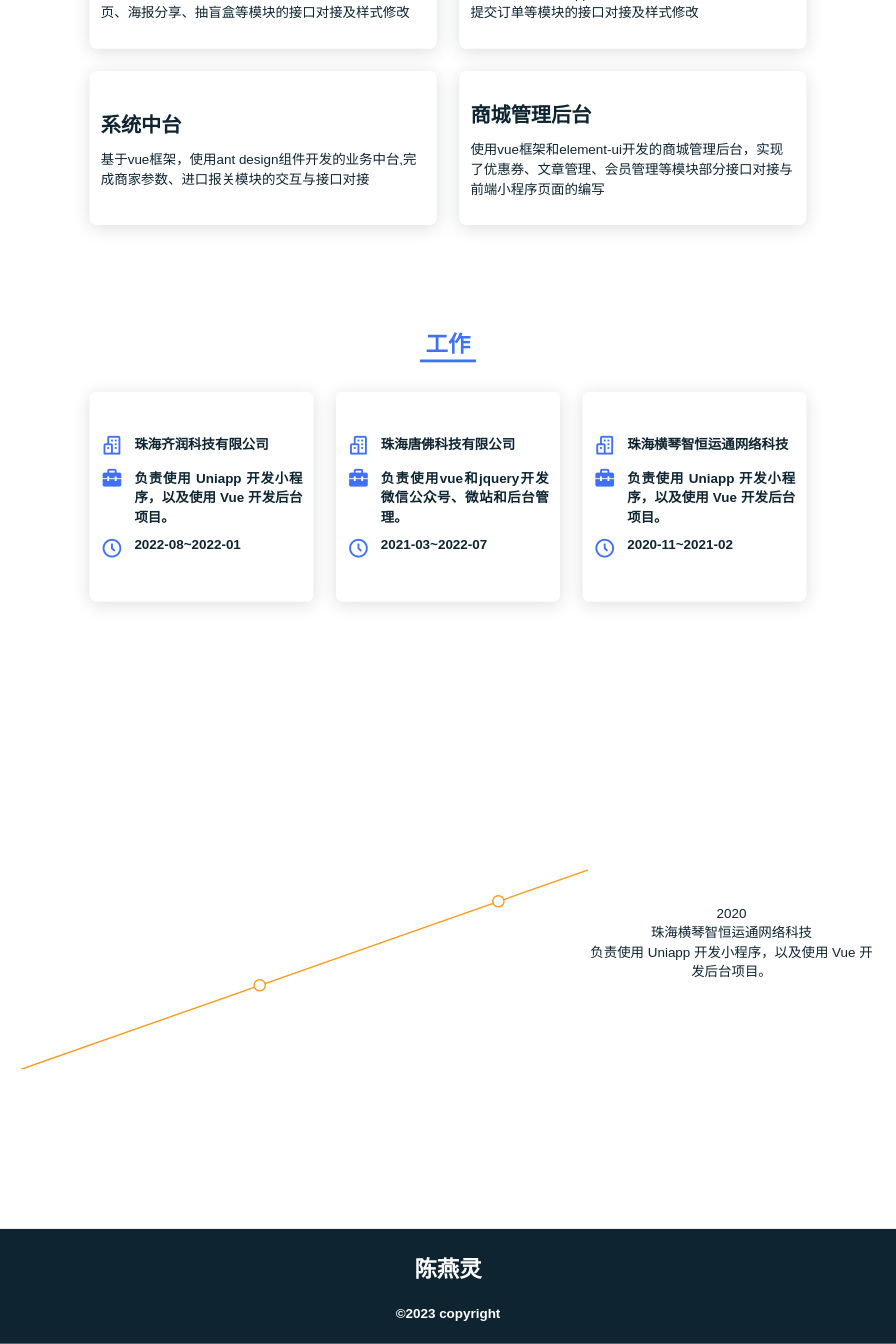
Repository: alinlinbo/yanling-resume-site
Page: index.html
The author's editor kept a copy of each file at every save. The page is drawn from the files as they stood at one save, then again after the next save.
The browser window is 1280 px wide. The pictures show the part of the page from y = 2671 to 4591 px (the page is 4591 px tall), at 70% of full size.

Above is the page before, as saved 2023-09-22 19:01:10.

### index.html
<!DOCTYPE html>
<html lang="en">

<head>
    <meta charset="UTF-8">
    <meta name="viewport" content="width=device-width, initial-scale=1.0">

    <link rel="stylesheet" href="assets/css/style.css">
    <link href='https://unpkg.com/boxicons@2.1.4/css/boxicons.min.css' rel='stylesheet'>
    <link rel="stylesheet" href="https://cdnjs.cloudflare.com/ajax/libs/font-awesome/5.15.4/css/all.min.css" />
    <title>陈燕灵简历</title>

</head>

<body>
    <!-- header -->

    <header class="l-header">
        <nav class="nav bd-grid">
            <div>
                <a href="#" class="nav__logo">陈燕灵</a>
            </div>

            <div class="nav__menu" id="nav-menu">
                <ul class="nav__list">
                    <li class="nav__item">
                        <a href="#home" class="nav__link active">介绍</a>
                    </li>
                    <li class="nav__item">
                        <a href="#skills" class="nav__link">技术</a>
                    </li>
                    <li class="nav__item">
                        <a href="#about" class="nav__link">关于</a>
                    </li>
                    <li class="nav__item">
                        <a href="#project" class="nav__link">项目</a>
                    </li>
                    <li class="nav__item">
                        <a href="#work" class="nav__link">工作</a>
                    </li>

                    <!-- <li class="nav__item">
                        <a href="#contact" class="nav__link">Contact</a>
                    </li> -->
                </ul>
            </div>
            <div class="nav__toggle" id="nav-toggle">
                <svg class="icon svg-icon" aria-hidden="true">
                    <use xlink:href="#icon-list"></use>
                </svg>
            </div>
        </nav>
    </header>

    <main class="l-main">
        <!-- hrme -->
        <section class="home section bd-grid" id="home">
            <div class="home__data">
                <h1 class="home__title">
                    Hi,<br>我是<span class="home__title-color">陈燕灵</span><br> 前端开发
                </h1>
                <h1 class="phone">电话：15919213326</h1>
                <a href="#" style="position: relative; z-index: 10;" class="button" id="contact">联系我</a>
            </div>
            <div class="home__social">
                <a href="#" class="home__social-icon" id="wechat">
                    <svg class="svg-icon-home icon" aria-hidden="true">
                        <use xlink:href="#icon-weixin"></use>
                    </svg>
                </a>
                <div class="home__social-icon">
                    <a href="#" onclick="openNewWindow('https://github.com/alinlinbo')" id="myGit">
                        <svg class="svg-icon-home icon" aria-hidden="true">
                            <use xlink:href="#icon-github-fill"></use>
                        </svg>

                    </a>
                    <div class=" home__git">
                        <a href="#" onclick="openNewWindow('https://github.com/alinlinbo')">https://github.com/alinlinbo</a>
                    </div>
                </div>
                <div class="home__social-icon">
                    <a href="#" id="myPhone">
                        <svg class="svg-icon-home svg-icon icon" aria-hidden="true">
                            <use xlink:href="#icon-phone"></use>
                        </svg>
                    </a>
                    <div class=" home__phone">
                        <div>15919213326</div>
                    </div>
                </div>



                <div class=" home__code">
                    <img src="assets/img/wechat_code.png" alt="">
                </div>


            </div>

            <div class="home__img">
                <img class="home__img" src="assets/img/head1.jpg" alt="">
            </div>
        </section>

        <section class="skills section" id="skills">
            <h2 class="section-title">技术</h2>

            <div class="project__container bd-grid">
                <div class="skills__data">
                    <div class="skills__item">
                        <div class="skill__introduce">
                            <div class="skills__intr__r">
                                <i class='bx bxl-html5 skills__icon'></i><span>HTML5</span>
                            </div>

                            <div class="skills__bar">90%</div>
                        </div>

                        <div class="skills__line skills__line90"></div>
                    </div>
                </div>
                <div class="skills__data">
                    <div class="skills__item">
                        <div class="skill__introduce">
                            <div class="skills__intr__r">
                                <i class='bx bxl-css3 skills__icon'></i><span>CSS3</span>
                            </div>

                            <div class="skills__bar">80%</div>
                        </div>

                        <div class="skills__line80 skills__line"></div>
                    </div>
                </div>
                <div class="skills__data">
                    <div class="skills__item">
                        <div class="skill__introduce">
                            <div class="skills__intr__r">
                                <i class='bx bxl-javascript skills__icon'></i><span>JavaScript</span>
                            </div>

                            <div class="skills__bar">85%</div>
                        </div>

                        <div class="skills__line85 skills__line"></div>
                    </div>
                </div>
                <div class="skills__data">
                    <div class="skills__item">
                        <div class="skill__introduce">
                            <div class="skills__intr__r">
                                <i class='bx bxl-vuejs skills__icon color-vue'></i><span>Vue</span>
                            </div>

                            <div class="skills__bar">70%</div>
                        </div>

                        <div class="skills__line70 skills__line"></div>
                    </div>
                </div>
                <div class="skills__data">
                    <div class="skills__item">
                        <div class="skill__introduce">
                            <div class="skills__intr__r">
                                <i class='bx bx-link skills__icon color-vue'></i><span>小程序、Uniapp</span>
                            </div>

                            <div class="skills__bar">75%</div>
                        </div>

                        <div class=" skills__line skills__line75"></div>
                    </div>
                </div>
                <div class="skills__data">
                    <div class="skills__item">
                        <div class="skill__introduce">
                            <div class="skills__intr__r">
                                <i class='bx bx-landscape skills__icon color-vue'></i><span>Nuxt.js</span>
                            </div>

                            <div class="skills__bar">65%</div>
                        </div>

                        <div class=" skills__line skills__line65"></div>
                    </div>
                </div>
            </div>
        </section>
        <section class="about section" id="about">
            <h2 class="section-title">关于</h2>
            <div class="about__container bd-grid">
                <div class="about__img">
                    <img src="assets/img/about.jpg" alt="">
                </div>
                <div class="about__sub">
                    <h2 class="about__subtitle">I'am 陈燕灵</h2>
                    <p class="about__text">
                        多年 <span>JavaScript(TypeScript )</span>开发经验，熟练掌握<span> ES6+/CSS 3</span>新特性，熟练使用 Vue 、小程序、UniApp 等前端开发框架
                        具有一定的后端开发(<span>Node.js</span>)经验，掌握 <span>MySql</span> 等数据库查询
                        熟悉 <span>Nuxt.js</span>等 meta framework 的使用，能独立搭建<span>全栈 web</span> 应用</p>
                </div>
        </section>

        <section class="project section" id="project">
            <h2 class="section-title">项目</h2>
            <div class="project__container bd-grid">
                <div class="project__data">
                    <div class="project__item">
                        <h2 class="project__subtitle">个人线上简历</h2>
                        <span class="project__text">使用CSS和JavaScript开发的个人线上简历，利用媒体查询和Rem特性同时适配了PC端和移动端，且实现了一些动画</span>
                    </div>
                </div>
                <div class="project__data">
                    <div class="project__item">
                        <h2 class="project__subtitle">润通联合云管家</h2>
                        <span
                            class="project__text">基于uniapp框架开发的微信小程序的缴费小程序。实现了缴费、房屋管理、报修管理等模块的页面、接口对接以及交互。以及axios封装和导航栏等公用组件的封装。</span>
                    </div>
                </div>
                <div class="project__data">
                    <div class="project__item">
                        <h2 class="project__subtitle">寺院后台管理系统</h2>
                        <span
                            class="project__text">使用jq，bootstrap和vue开发的寺院后台管理系统，实现了文章管理，用户管理,项目管理等模块前端页面的编写与接口的对接，在项目中对ajax请求进行封装，为接口调用添加了拦截器和loading动画，有效减少代码量并提高开发效率</span>
                    </div>
                </div>
                <div class="project__data">
                    <div class="project__item">
                        <h2 class="project__subtitle">寺院公众号项目</h2>
                        <span
                            class="project__text">使用jq开发的微信公众号微站，实现了首页，详情页，我的页面等的接口对接及样式修改，针对业务场景封装底部及顶部导航栏、头部返回等公用组件，提高代码复用</span>
                    </div>
                </div>
                <div class="project__data">
                    <div class="project__item">
                        <h2 class="project__subtitle">1983抽盒机</h2>
                        <span
                            class="project__text">基于原生微信小程序、支付宝小程序商城，项目使用小程序自带的组件，完成了优惠券红包领取、活动页主页、海报分享、抽盲盒等模块的接口对接及样式修改</span>
                    </div>
                </div>
                <div class="project__data">
                    <div class="project__item">
                        <h2 class="project__subtitle">新八佰伴等商城小程序</h2>
                        <span
                            class="project__text">基于uni-app框架开发的微信小程序商城，项目使用uview组件和uni-app自带的组件，完成了购物、详情、提交订单等模块的接口对接及样式修改</span>
                    </div>
                </div>
                <div class="project__data">
                    <div class="project__item">
                        <h2 class="project__subtitle">系统中台</h2>
                        <span class="project__text">基于vue框架，使用ant design组件开发的业务中台,完成商家参数、进口报关模块的交互与接口对接</span>
                    </div>
                </div>
                <div class="project__data">
                    <div class="project__item">
                        <h2 class="project__subtitle">商城管理后台</h2>
                        <span
                            class="project__text">使用vue框架和element-ui开发的商城管理后台，实现了优惠券、文章管理、会员管理等模块部分接口对接与前端小程序页面的编写</span>
                    </div>
                </div>
        </section>

        <section class="work section" id="work">
            <h2 class="section-title">工作</h2>
            <div class="work__container bd-grid">

                <div class="work__data">
                    <div class="work__name">
                        <i class='bx bx-buildings work__icon'></i>
                        <span class="work__name">珠海齐润科技有限公司</span>
                    </div>
                    <div class="work__name">
                        <i class='bx bxs-briefcase-alt-2 work__icon'></i>
                        <span class="work__name">负责使用 Uniapp 开发小程序，以及使用 Vue 开发后台项目。</span>
                    </div>
                    <div class="work__name">
                        <i class='bx bx-time-five work__icon'></i>
                        <span class="work__name">2022-08~2022-01</span>
                    </div>
                </div>
                <div class="work__data">
                    <div class="work__name">
                        <i class='bx bx-buildings work__icon'></i>
                        <span class="work__name">珠海唐佛科技有限公司</span>
                    </div>
                    <div class="work__name">
                        <i class='bx bxs-briefcase-alt-2 work__icon'></i>
                        <span class="work__name">负责使用vue和jquery开发微信公众号、微站和后台管理。</span>
                    </div>
                    <div class="work__name">
                        <i class='bx bx-time-five work__icon'></i>
                        <span class="work__name">2021-03~2022-07</span>
                    </div>
                </div>
                <div class="work__data">
                    <div class="work__name">
                        <i class='bx bx-buildings work__icon'></i>
                        <span class="work__name">珠海横琴智恒运通网络科技</span>
                    </div>
                    <div class="work__name">
                        <i class='bx bxs-briefcase-alt-2 work__icon'></i>
                        <span class="work__name">负责使用 Uniapp 开发小程序，以及使用 Vue 开发后台项目。</span>
                    </div>
                    <div class="work__name">
                        <i class='bx bx-time-five work__icon'></i>
                        <span class="work__name">2020-11~2021-02</span>
                    </div>
                </div>

            </div>
        </section>
        <!-- <section class="contact section" id="contact">
            <h2 class="section-title">Contact</h2>
            <div class="contact__container bd-grid">
                <form action="" class="contact__form">
                    <input type="text" placeholder="Name" class="contact__input">
                    <input type="email" placeholder="Email" class="contact__input">
                    <label for="contact-message"></label>
                    <textarea id="contact-message" name="message" cols="30" rows="10" class="contact__input"></textarea>

                    <input type="button" value="Enviar" class="contact__button button">
                </form>
            </div>
        </section> -->
        <section class="work section">
            <div class="svg__content">
                <svg >
                    <!-- 三段直线 -->
                    <path class="line" id="line" d="" stroke="#F89C21" stroke-width="2" fill="none" />
                    <!-- 两个间隔小圆点 -->
                    <circle class="d-none" id="c1" cx="200" cy="50" r="8" stroke="#F89C21" stroke-width="2" fill="white" />
                    <circle class="d-none" id="c2" cx="100" cy="50" r="8" stroke="#F89C21" stroke-width="2" fill="white" />
                </svg>
                <div class="work__list">
                    <div class="work__item">
                        <div>2020</div>
                        <div>珠海横琴智恒运通网络科技</div>
                        <div>负责使用 Uniapp 开发小程序，以及使用 Vue 开发后台项目。</div>

                    </div>
                </div>
            </div>


        </section>

    </main>

    <footer class="footer">
        <p class="footer__title">陈燕灵</p>
        <div style="display: none;" class="footer__social">
            <a href="#" class="footer__icon"><i class='bx bxl-facebook'></i></a>
            <a href="#" class="footer__icon"><i class='bx bxl-instagram'></i></a>
            <a href="#" class="footer__icon"><i class='bx bxl-twitter'></i></a>
        </div>
        <p>&#169;2023 copyright</p>
    </footer>
    <!-- <script src="https://unpkg.com/scrollreveal"></script> -->
    <script src="assets/js/main.js"></script>
    <script src="assets/js/iconfont.js"></script>
</body>

</html>

Loaded but not shown: assets/js/iconfont.js (library); assets/js/main.js (231 lines, source omitted); assets/css/style.css (886 lines, source omitted)

After the next save:
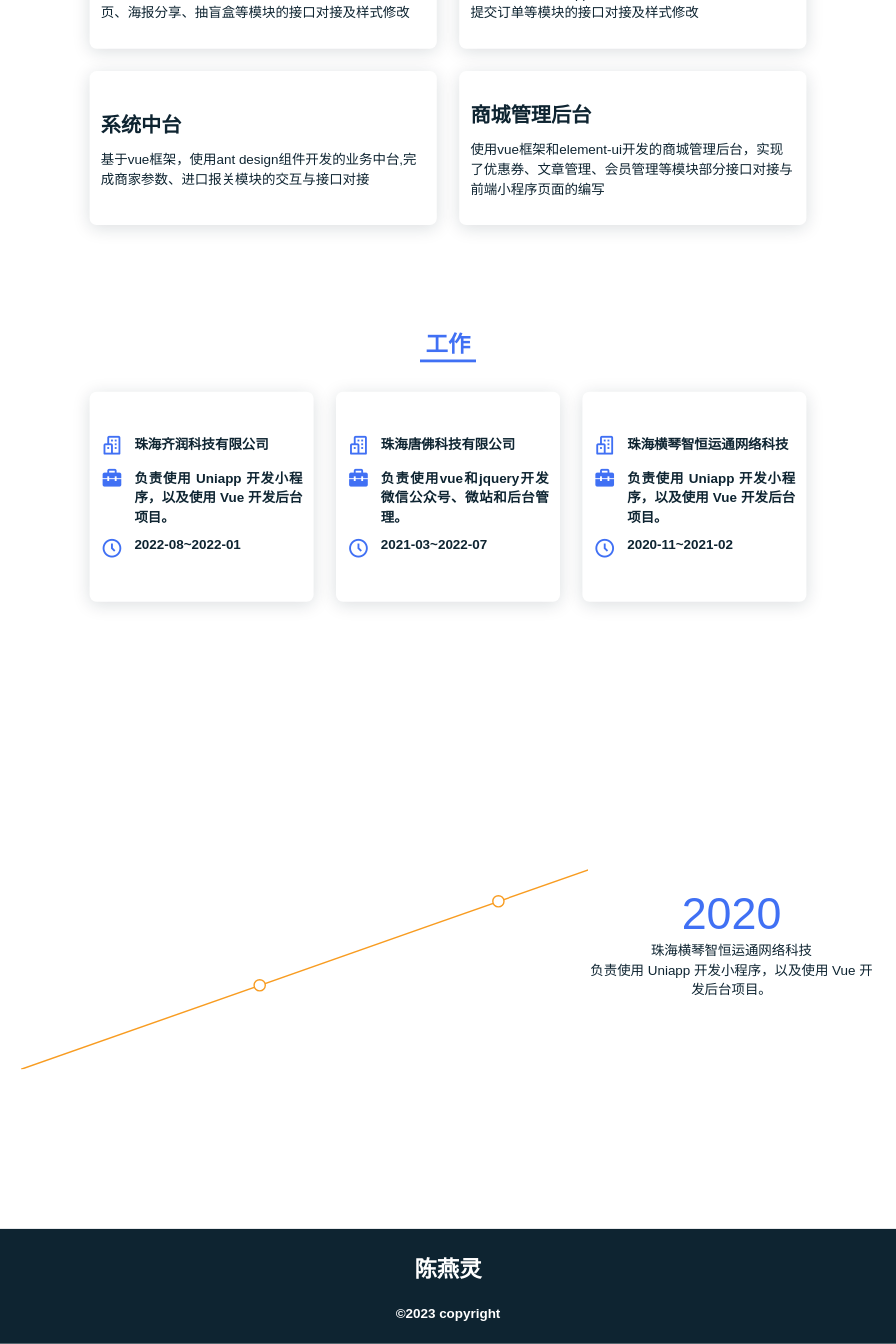
Saved 5 s later.
--- a/index.html
+++ b/index.html
@@ -335,7 +335,7 @@
                 </svg>
                 <div class="work__list">
                     <div class="work__item">
-                        <div>2020</div>
+                        <div class="work__year">2020</div>
                         <div>珠海横琴智恒运通网络科技</div>
                         <div>负责使用 Uniapp 开发小程序，以及使用 Vue 开发后台项目。</div>
 
